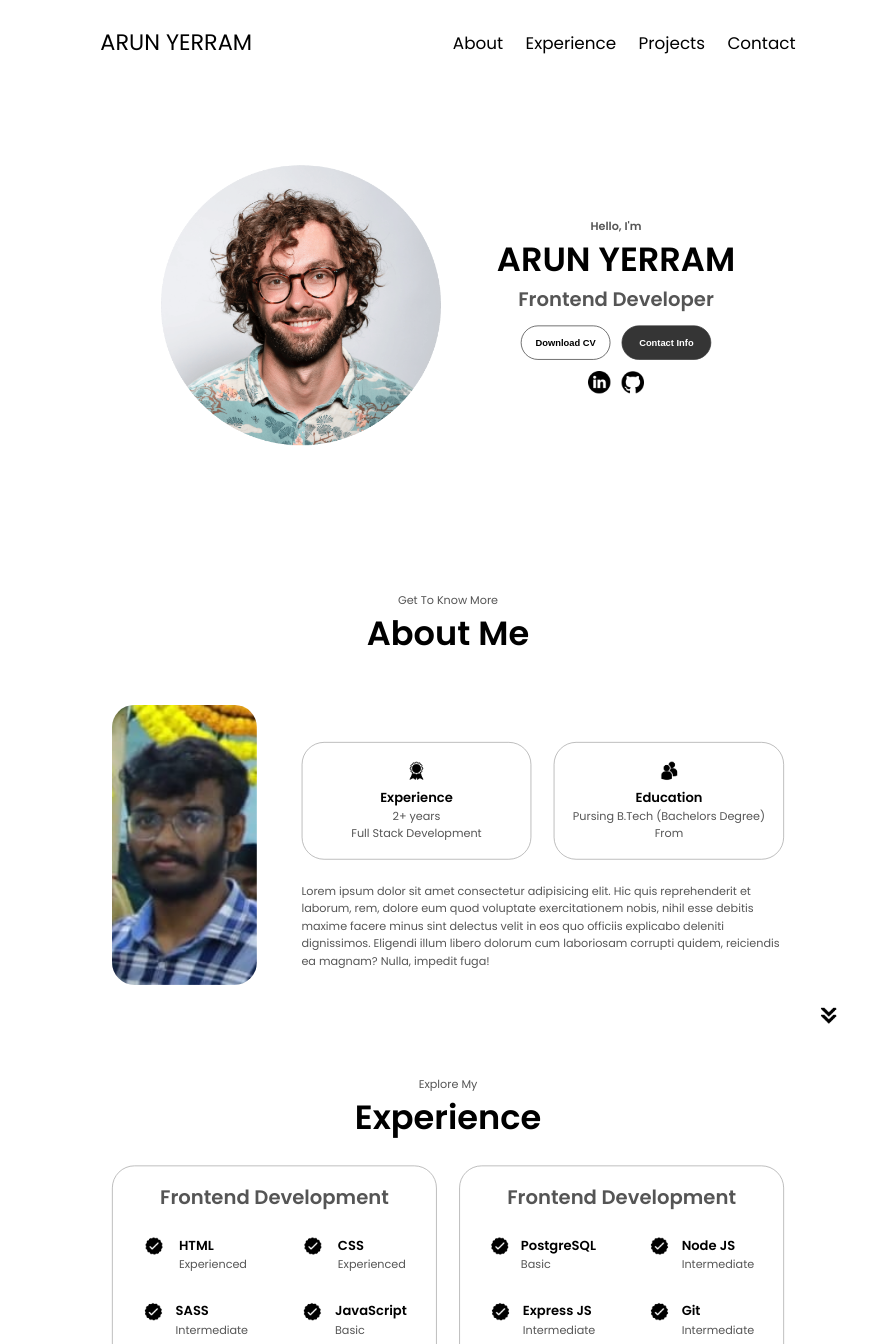
Repository: ARUN-YERRAM/ARUN-YERRAM-PORTFOLIO
Page: portfolio/index.html
These files come from the project's save history. The page is drawn as it stood at one moment and after a run of saves; the edit follows.
The browser window is 1280 px wide. The pictures show the part of the page from y = 0 to 1920 px (the page is 4425 px tall), at 70% of full size.

Above is the page before, as saved 2024-07-07 04:01:47.

After the next 2 saves:
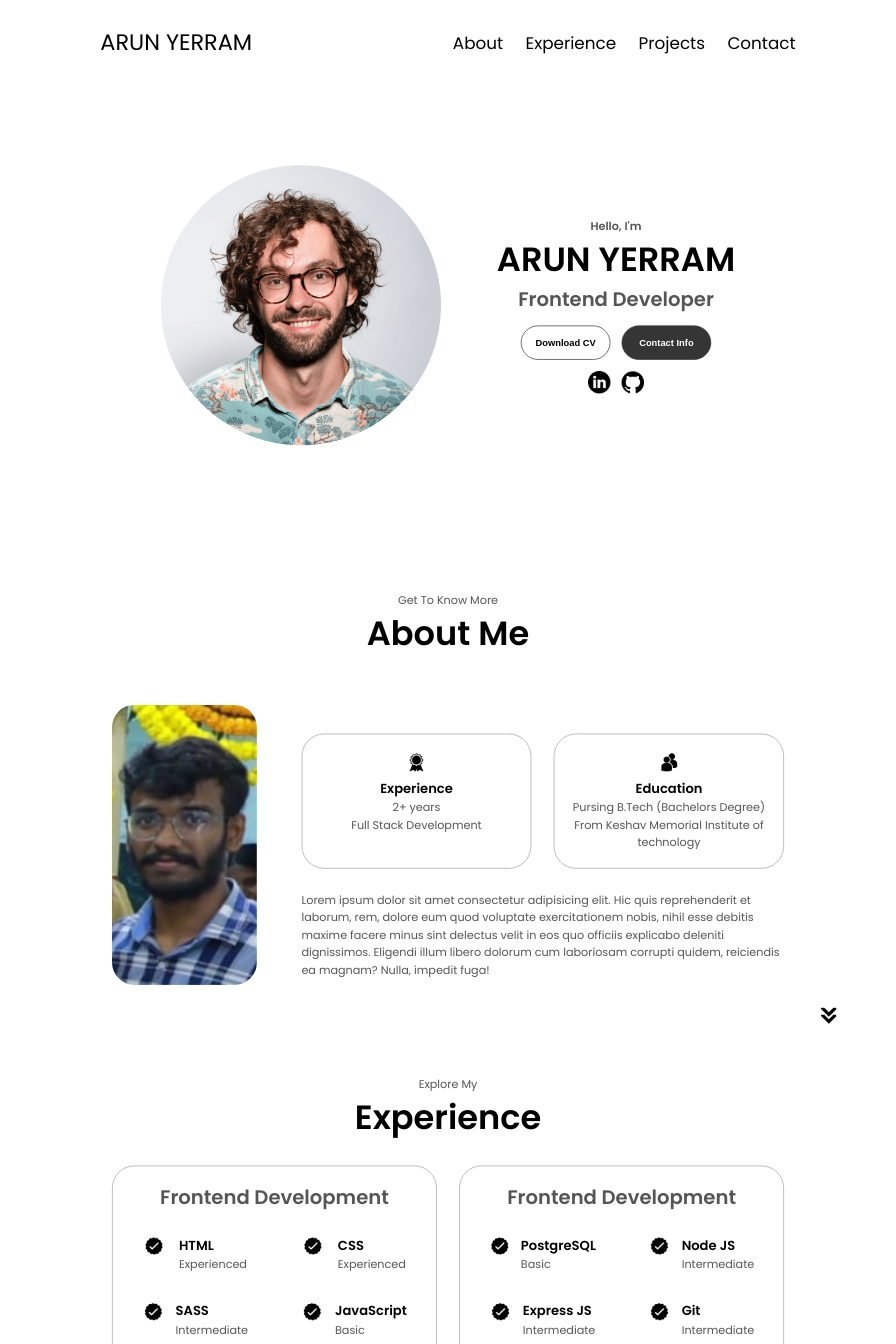
The 2 saves are shown as one change because they came seconds apart.
The last was saved 15 s later.
--- a/portfolio/index.html
+++ b/portfolio/index.html
@@ -100,7 +100,7 @@
                 class="icon"
               />
               <h3>Education</h3>
-              <p>Pursing B.Tech (Bachelors Degree) From <br /></p>
+              <p>Pursing B.Tech (Bachelors Degree) From Keshav Memorial Institute of technology <br /></p>
             </div>
           </div>
           <div class="text-container">
